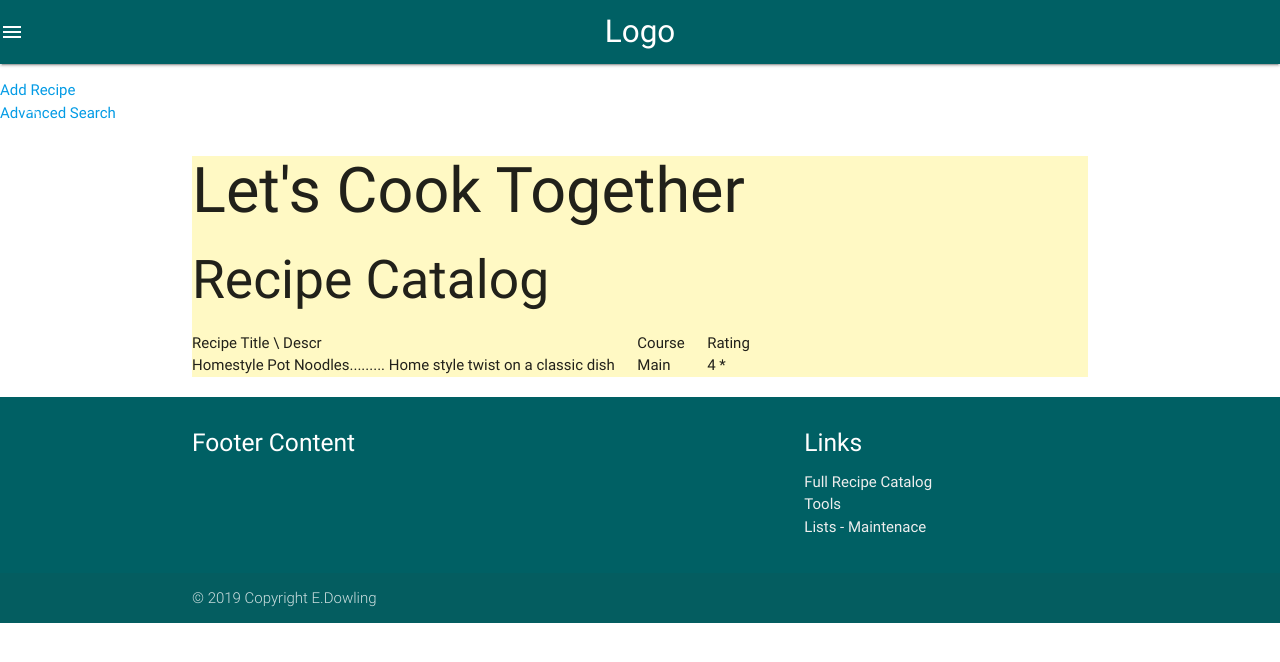
Repository: eldowling/lets-cook-together
Page: http://localhost/get_catalog?course=breakfast
The author's editor kept a record of every edit. The page is drawn from the files as they stood at one moment, then again after a run of edits.
The browser window is 1280 px wide. The pictures show the whole page.
Some web libraries are served in a nearby version. The page is served by the project's application, run on Flask 3 (app.py). Queries for data that is not in the repository find no rows.

Above is the page before.
Console error: TypeError: $(...).sidenav is not a function

### templates/catalog.html
{% extends 'base.html'%} {% block content %}
<h1>Let's Cook Together</h1>
<h2>Recipe Catalog</h2>

<div class="row">
    <div class="col 6">
        Recipe Title \ Descr
        <BR>
            Homestyle Pot Noodles......... Home style twist on a classic dish
    </div>
    <div class="col 3">
        Course
        <br>
        Main
    </div>
    <div class="col 3">
        Rating
        <br>
        4 *
    </div>
</div>

{% endblock %}

### templates/base.html
<!DOCTYPE html>
<html>

<head>
    <link href="https://fonts.googleapis.com/icon?family=Material+Icons" rel="stylesheet">
    <link rel="stylesheet" href="https://cdnjs.cloudflare.com/ajax/libs/materialize/0.100.2/css/materialize.min.css">
    <link rel="stylesheet" href="{{ url_for('static', filename='css/style.css') }}" type="text/css" />
</head>

<body>
    <header>
        <!-- Dropdown Structure -->
        <ul id="dropdown1" class="dropdown-content">
            <li><a href="#!">one</a></li>
            <li><a href="#!">two</a></li>
            <li class="divider"></li>
            <li><a href="#!">three</a></li>
        </ul>

        <nav>
            <div class="nav-wrapper cyan darken-4">

                <form>
                    <a href="#" class="brand-logo center">Logo</a>
                    <a href="#" data-target="mobile-demo" class="sidenav-trigger"><i class="material-icons">menu</i></a>
                    <div class="input-field inline ">
                        <input id="search" type="search" required>
                        <label class="label-icon" for="search"><i class="material-icons">search</i></label>
                        <i class="material-icons">close</i>
                    </div>
                    <ul id="nav-mobile" class="right hide-on-med-and-down">
                        <li><a href="addedit-recipe.html">Add Recipe</a></li>
                        <li><a class="dropdown-trigger" href="#!" data-target="dropdown1">Advanced Search<i class="material-icons right">arrow_drop_down</i></a></li>
                    </ul>

                </form>

            </div>
        </nav>

        <ul class="sidenav" id="mobile-demo">
            <li><a href="addedit-recipe.html">Add Recipe</a></li>
            <li><a href="badges.html">Advanced Search</a></li>
        </ul>


    </header>

    <div class="container yellow lighten-4">
        {% block content %} {% endblock %}
    </div>

    <footer class="page-footer cyan darken-4">
        <div class="container">
            <div class="row">
                <div class="col l6 s12">
                    <h5 class="white-text">Footer Content</h5>
                    <ul class="grey-text text-lighten-4">
                        <a href="facebook.html"><i></i></a>
                        <a href="facebook.html"><i></i></a>
                        <a href="facebook.html"><i></i></a>
                    </ul>
                </div>
                <div class="col l4 offset-l2 s12">
                    <h5 class="white-text">Links</h5>
                    <ul>
                        <li><a class="grey-text text-lighten-3" href="{{url_for('get_catalog')}}">Full Recipe Catalog</a></li>
                        <li><a class="grey-text text-lighten-3" href="tools.html">Tools</a></li>
                        <li><a class="grey-text text-lighten-3" href="maintenance.html">Lists - Maintenace</a></li>
                    </ul>
                </div>
            </div>
        </div>
        <div class="footer-copyright">
            <div class="container">
                © 2019 Copyright E.Dowling
            </div>
        </div>
    </footer>

    <script src="https://cdnjs.cloudflare.com/ajax/libs/jquery/3.2.1/jquery.min.js"></script>
    <script src="https://cdnjs.cloudflare.com/ajax/libs/materialize/0.100.2/js/materialize.min.js"></script>
    <script type="text/javascript">
        $(document).ready(function() {
            $('.collapsible').collapsible();
            $('select').material_select();
            $(".button-collapse").sideNav();
            $(".dropdown-trigger").dropdown();
            $('.sidenav').sidenav();
        });

    </script>
</body>
</html>

### app.py
import os
from flask import Flask, render_template, redirect, request, url_for
from flask_pymongo import PyMongo
from bson.objectid import ObjectId

app = Flask(__name__)
app.config["MONGO_DBNAME"] = 'recipie_catalog'
app.config["MONGO_URI"] = 'mongodb+srv://root:r00tUser@myfirstcluster-pwjgy.mongodb.net/recipie_catalog?retryWrites=true&w=majority'
#app.config["MONGO_URI"] = os.getenv('MONGO_URI', 'mongodb://localhost')

mongo = PyMongo(app)


@app.route('/')
@app.route('/get_catalog')
def get_catalog():
    return render_template("catalog.html", recipes=mongo.db.recipes.find())


if __name__ == '__main__':
    app.run(host=os.environ.get('IP'),
            port=int(os.environ.get('PORT')),
            debug=True)

### static/css/style.css
.main-img {
  display: inline-block;
  vertical-align: middle;
  max-height: 100%;
  max-width: 100%;
}

After the next 2 edits:
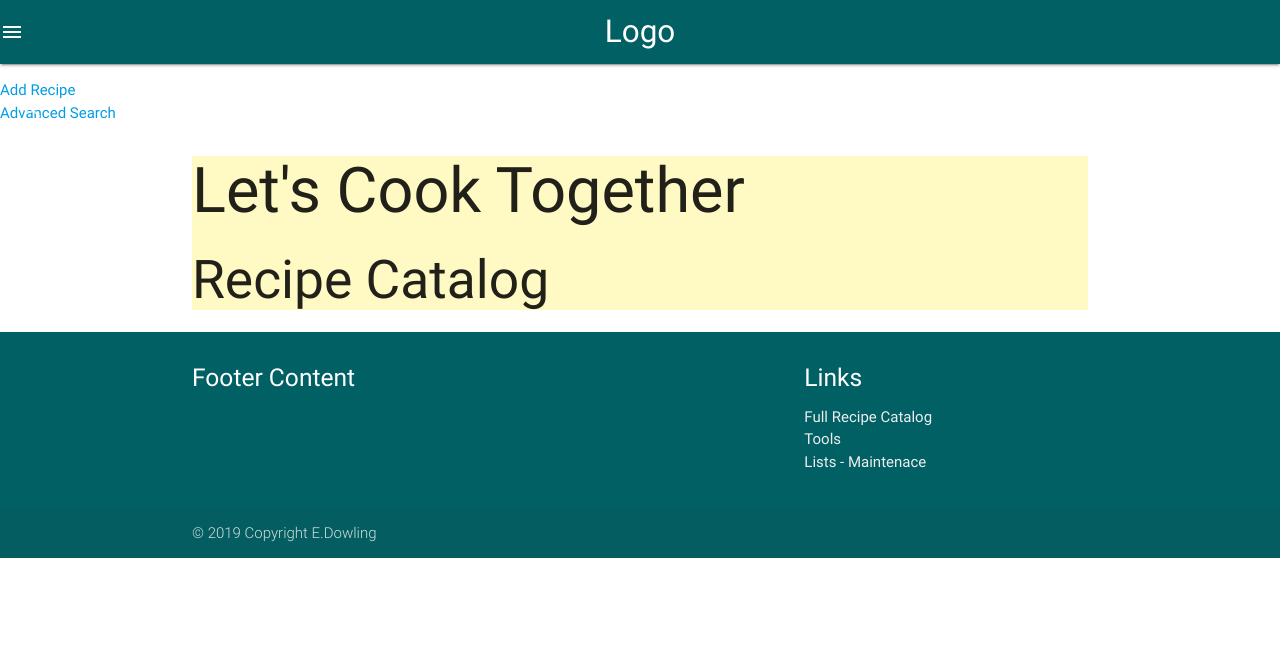
The 2 edits are shown as one change because 1 did not build or start.
The edit:
--- a/templates/catalog.html
+++ b/templates/catalog.html
@@ -2,22 +2,25 @@
 <h1>Let's Cook Together</h1>
 <h2>Recipe Catalog</h2>
 
-<div class="row">
-    <div class="col 6">
-        Recipe Title \ Descr
-        <BR>
-            Homestyle Pot Noodles......... Home style twist on a classic dish
+{% for task in tasks %}
+    <div class="row">
+        <div class="col 6">
+
+            Recipe Title \ Descr
+            <BR>
+                Homestyle Pot Noodles......... Home style twist on a classic dish
+        </div>
+        <div class="col 3">
+            Course
+            <br>
+            Main
+        </div>
+        <div class="col 3">
+            Rating
+            <br>
+            4 *
+        </div>
     </div>
-    <div class="col 3">
-        Course
-        <br>
-        Main
-    </div>
-    <div class="col 3">
-        Rating
-        <br>
-        4 *
-    </div>
-</div>
+{% endfor %}
 
 {% endblock %}
